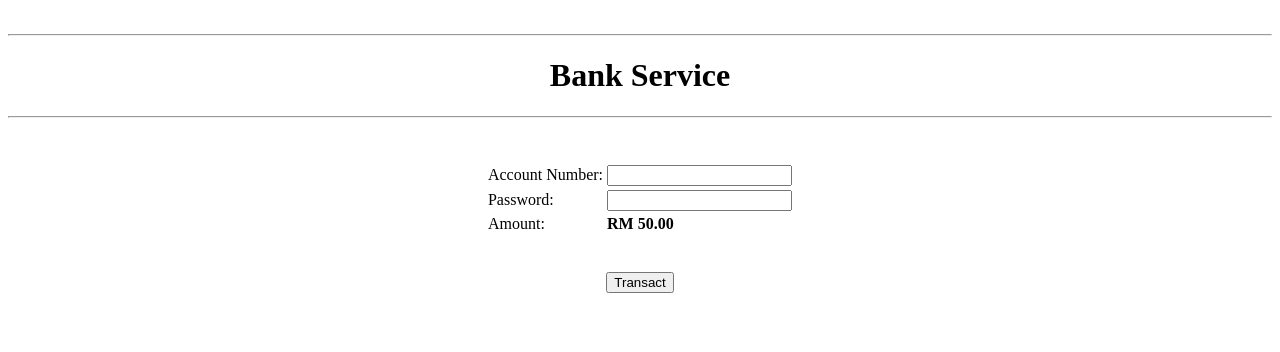
Repository: Jeck97/Mcdonald-Delivery-System
Page: http://localhost/McDelivery/bankService/transactionForm.jsp
These files come from the project's save history. The page is drawn as it stood at one moment and after the next save; the edit follows.
The browser window is 1280 px wide. The pictures show the whole page.
The page is served by Tomcat 9.

Above is the page before, as saved 2020-07-12 18:09:01.

After the next save:
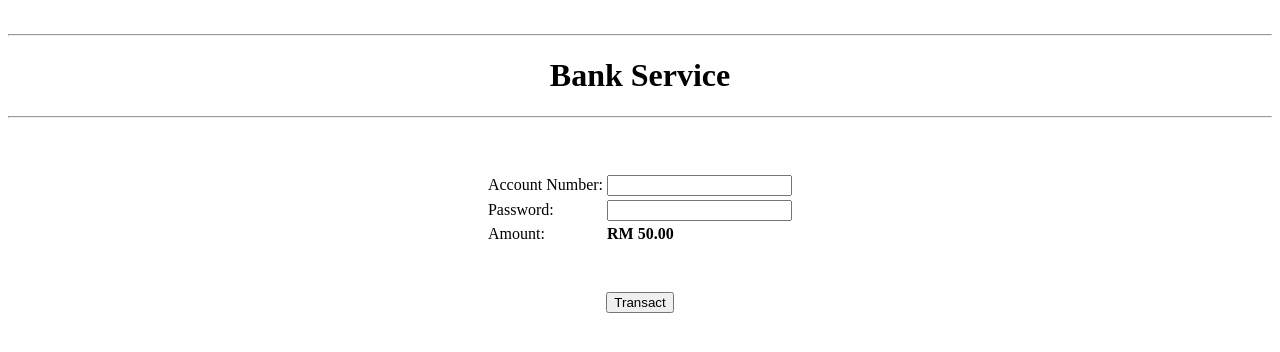
Saved 20 s later.
--- a/McDelivery/WebContent/bankService/transactionForm.jsp
+++ b/McDelivery/WebContent/bankService/transactionForm.jsp
@@ -24,7 +24,7 @@
 
 	<form action="transactionServlet" method="post">
 
-		<table style="align-content: space-between; margin: auto;">
+		<table style="align-content: space-between; margin: auto; padding: 10px">
 			<tr>
 				<td><label for="account_number">Account Number:</label></td>
 				<td><input id="account_number" name="account_number" type="number" required></td>
